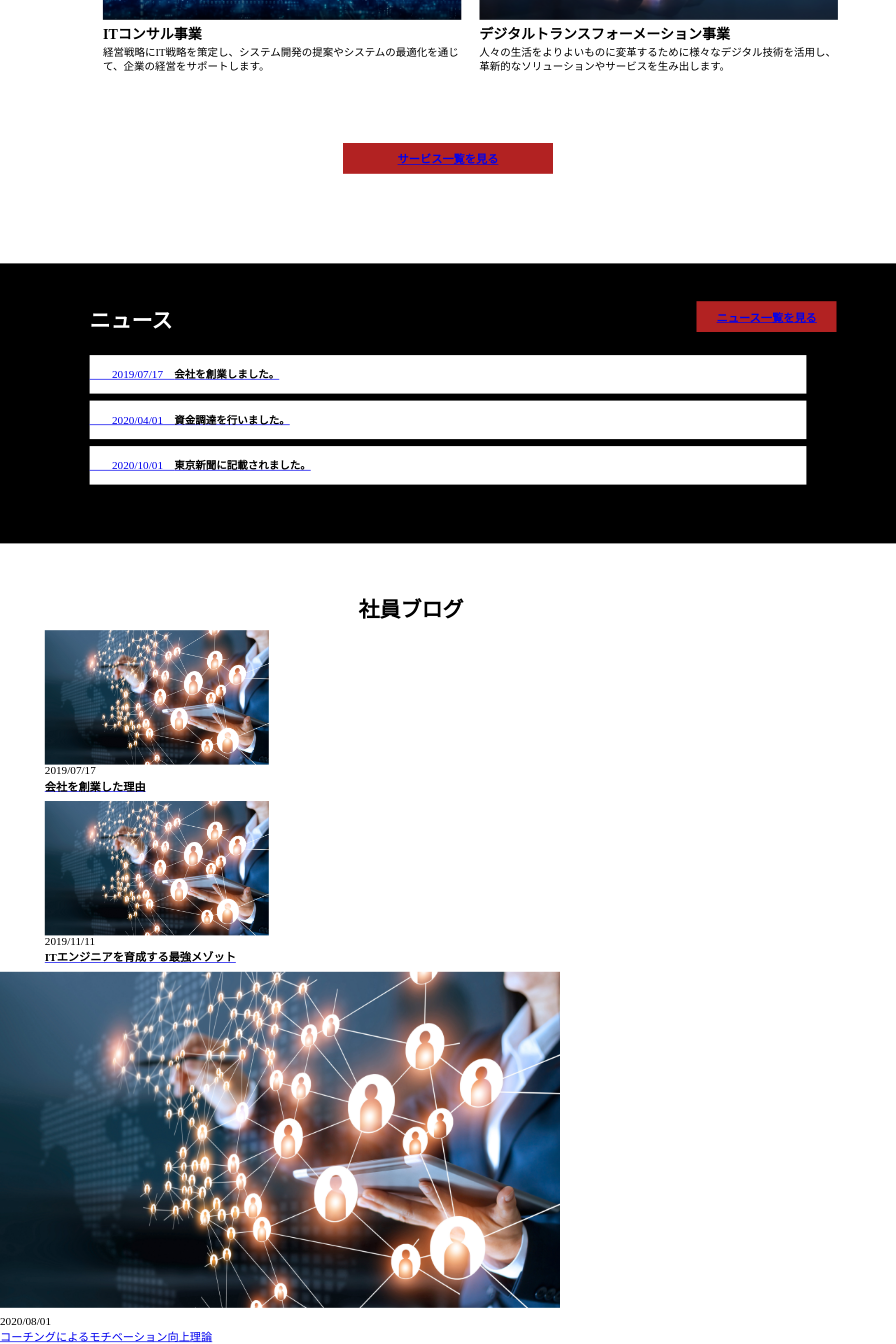
Repository: sigemasaasuka/20211012sigemasa
Page: index.html
The author's editor kept a copy of each file at every save. The page is drawn from the files as they stood at one save, then again after the next save.
The browser window is 1280 px wide. The pictures show the part of the page from y = 1636 to 3556 px (the page is 3556 px tall before and 3268 px after), at 70% of full size.

Above is the page before, as saved 2021-10-19 17:55:02.

### index.html
<!DOCTYPE html>
<html lang="ja">

<head>
  <meta charset="UTF-8">
  <meta name="viewport" content="width=device-width, initial-scale=1.0">
  <title>Document</title>

    <link rel="stylesheet" href="css/reset.css">
    <link rel="stylesheet" href="css/index.css">
</head>
<body>
  <header class="header">
    <div class="header-logo">
      <img class="logo" src="img/logo.png" alt="logo">
    </div>
    <nav class="header-nav">
      <ul class="header-nav-list">
        <li class="header-nav-item"><a href="index.html">ホーム</a></li>
        <li class="header-nav-item"><a href="service.html">事業内容</a></li>
        <li class="header-nav-item"><a href="news.html">ニュース</a></li>
        <li class="header-nav-item"><a href="blog.html">社員ブログ</a></li>
        <li class="header-nav-item"><a href="company.html">会社概要</a></li>
        <li class="header-nav-item"><a href="recruit.html">採用情報</a></li>
        <li class="header-nav-item"><a href="contact.html">お問い合わせ</a></li>
      </ul>
    </nav>
  </header>
  <div class="home">
  <div class="home-photo">
    <div class="home-title">
    <p>最新のテクノロジーで社会課題を解決</p>
      <div class="home-title2">
      <p>Solving　issues　with　the　latest　technology</p>
     </div>
    </div>
    </div>
    </div>
    <div class="home-color">
      <div class="hope">
        <p><br><br>株式会社TECHの想い</p>
        <div class="hope2">
          <p>あらゆる産業において、新たなデジタル技術を使ってこれまでにないビジネスモデルを展開する新規参加者が登場し、ゲームチェンジが起ころうとしています。こうした<br>中で、各企業は、競争力維持・強化のために、DXを迅速に進めていくことが求められています。しかし、DXにおいて投資コストは非常にかかります。株式会社TECHでは<br>独自のオペレーションと人材教育により、他社よりも価格を抑えた開発を行います。</p>
        </div>
      </div>
    </div>
    <div class="service">
      <p>サービス</p>
      </div>
      <div class="png1">
      <div class="service1">
        <img  src="img/service1.png"  alt="service1">
        <div class="it">
        <p>IT人材育成事業</p>
        <div class="it2">
        <p>これまでに培った教育手法を生かして、短期間で即戦力のIT人材を育成します。</p>
        </div>
      </div>
      </div>
      <div class="service2">
      <img  src="img/service2.png" alt="service2">
      <div class="coach">
        <p>コーチング事業</p>
        <div class="coach2">
          <p>目標達成を最短で実現するために、プロのコーチによるマンツーマンのサポートを実施します</p>
        </div>
      </div>
      </div>
      </div>
      <div class="png2">
      <div class="service3">
        <img src="img/service3.png" alt="service3">
        <div class="Consultant">
          <p>ITコンサル事業</p>
          <div class="Consultant2">
            <p>経営戦略にIT戦略を策定し、システム開発の提案やシステムの最適化を通じて、企業の経営をサポートします。</p>
          </div>
        </div>
      </div>
      <div class="service4">
        <img src="img/service4.png" alt="service4">
        <div class="formation">
          <p>デジタルトランスフォーメーション事業</p>
          <div class="formation2">
            <p>人々の生活をよりよいものに変革するために様々なデジタル技術を活用し、革新的なソリューションやサービスを生み出します。</p>
          </div>
        </div>
      </div>
      </div>
      <div class="list">
        <a href="service.html">サービス一覧を見る</a>
      </div>
      <div class="news">
        <div class="nesw-list">
          <div class="news-font">
          <p>ニュース</p></div>
          <div class="news-button">
            <a href="news.html">ニュース一覧を見る</a>
          </div>
        </div>
        <div class="news-info1">
          <a href="index.html">　　2019/07/17　<span class="co">会社を創業しました。</span></a></div>
          <div class="news-info2">
          <a href="index.html">　　2020/04/01　<span class="fund">資金調達を行いました。</span></a></div>
          <div class="news-info3">
          <a href="index.html">　　2020/10/01　<span class="newspaper">東京新聞に記載されました。</span></a></div>
      </div>
      <div class="blog">
        <p>社員ブログ</p>
        </div>
        <div class="reason">
        <div class="reason-png">
          <a href="index.html">
            <img src="img/blog.png" alt="blog">
          </a>
          <p class="reason1">2019/07/17</p>
          <a href="index.html"><p class="reason2">会社を創業した理由</p></a>
        </div>
        </div>
        <div class="nurturing">
        <div class="nurturing-png">
          <a href="index.html">
            <img src="img/blog.png" alt="blog">
          </a>
          <p class="nurturing1">2019/11/11</p>
          <a href="index.html">
            <p class="nurturing2">ITエンジニアを育成する最強メゾット</p>
          </a>
        </div>
      </div>
      <div class="coaching"
        <div class="coaching-png">
        <a href="index.html">
          <img src="img/blog.png" alt="blog">
        </a>
        <p class="coaching">2020/08/01</p>
        <a href="index.html">
          <p class="coaching1">コーチングによるモチベーション向上理論</p>
        </a>
        </div>


<script src="js/main.js"></script>
</body>
</html>

### css/reset.css
@charset "UTF-8";
html, body, div, span, applet, object, iframe,
h1, h2, h3, h4, h5, h6, p, blockquote, pre,
a, abbr, acronym, address, big, cite, code,
del, dfn, em, img, ins, kbd, q, s, samp,
small, strike, strong, sub, sup, tt, var,
b, u, i, center,
dl, dt, dd, ol, ul, li,
fieldset, form, label, legend,
table, caption, tbody, tfoot, thead, tr, th, td,
article, aside, canvas, details, embed,
figure, figcaption, footer, header, hgroup,
menu, nav, output, ruby, section, summary,
time, mark, audio, video {
margin: 0;
padding: 0;
border: none;
font-style: normal;
text-align: left;
zoom: 1;
}
article, aside, details, figcaption, figure,
footer, header, hgroup, menu, nav, section {
display: block;
}
table {
border-collapse: collapse;
font-family: inherit;
}
h1,h2,h3,h4,h5 {
font-size: 100%;
font-weight: normal;
line-height: 1;
}
input,textarea,select {
font-family: inherit;
font-size: 16px;
}
input[type="button"],input[type="text"],input[type="submit"] {
 -webkit-appearance: none;
 border-radius: 0;
}
textarea {
resize: none;
-webkit-appearance: none;
border-radius: 0;
}
th,td {
border-collapse: collapse;
}
table th,table td {
white-space: nowrap;
}
ul,ol {
list-style-type: none;
}
img {
vertical-align: text-bottom;
vertical-align: -webkit-baseline-middle;
max-width: 100%;
height: auto;
width /***/:auto;
}

### css/index.css
.logo {
  text-decoration: none;
  color: inherit;
  width: 50%;
}
.header {
  width: 100%;
  display: flex;
  justify-content: space-between;
  align-items: center;
  height: 70px;
  padding: 0 30px;
  position: fixed;
  box-sizing: border-box;
  background-color: #fff;
  color: #000;
}

.a {
  text-decoration: none;
}

.header-ttl {
  font-size: 24px;
  width: 80px;
}

.header-nav-list {
  display: flex;
  font-weight: bold;
}

.header-nav-item:not(:last-child) {
  margin-right: 30px;
}

.home-photo {
  position: relative;
  padding-top: calc(250 / 683 * 100%); /* calc(画像高さ ÷ 画像横幅 × 100%) */
  background: url(../img/mv.png) center center / cover no-repeat;
}

.home-title {
  display: flex;
  flex-direction: column;
  position: absolute;
  font-size: 50px;
  margin-left: 20%;
  top: 40%;
  font-weight: bolder;
  color: #fff;
}

.home-title2 {
  display: flex;
  position: absolute;
  font-size: 20px;
  margin-top: 45px;
  margin-left: 23%;
  top: 40%;
  font-weight: bold;
  color: #fff;
}

.home-color {
  background-color: #000;
  height: 300px;
}

.hope {
  top: 30%;
  display: flex;
  flex-direction: column;
  font-weight: bolder;
  font-size: 30px;
  margin-left: 10%;
  color: #fff;
}

.hope2 {
  display: flex;
  font-size: 15px;
  margin-top: 20px;
  font-weight: normal;
  color: #fff;
}

.service {
  margin-top: 5%;
  margin-left: 45%;
  font-size: 35px;
  font-weight: bolder;
}

.png1 {
  display: flex;
  justify-content: center;
}

.service1 {
  margin-top: 5%;
  margin-left: 5%;
  width: 40%;
}

.it {
  margin-top: 1%;
  font-size: 20px;
  font-weight: bolder;
}

.it2 {
  font-size: 15px;
  font-weight: normal;
}

.service2 {
  margin-top: 3%;
  margin-left: 2%;
  width: 40%;
}

.coach {
  margin-top: 1%;
  font-size: 20px;
  font-weight: bolder;
}

.coach2 {
  font-size: 15px;
  font-weight: normal;
}

.png2 {
  display: flex;
  justify-content: center;
}

.service3 {
  margin-top: 2%;
  margin-left: 5%;
  width: 40%;
}

.Consultant {
  margin-top: 1%;
  font-size: 20px;
  font-weight: bolder;
}

.Consultant2 {
  font-size: 15px;
  font-weight: normal;
}

.service4 {
  margin-top: 2%;
  margin-left: 2%;
  width: 40%;
}

.formation {
  margin-top: 1%;
  font-size: 20px;
  font-weight: bolder;
}

.formation2 {
  font-size: 15px;
  font-weight: normal;
}

.list {
  width: 300px;
  padding: 10px 0;
  color: #fff;
  font-weight: bold;
  background: #b22222;
  text-align: center;
  margin: 100px auto 0;
  display: block;
}

.news {
  margin-top: 10%;
  background-color: #000;
  height: 400px;
}

.nesw-list {
  margin-left: 10%;
  display: flex;
  justify-content: flex-start;
  align-items: center;
}

.news-font {
  font-weight: bold;
  font-size: 30px;
  color: #fff;
  margin-top: 5%;
}

.news-button {
  color: #fff;
  margin-top: 50px;
  margin-left: 65%;
  width: 200px;
  padding: 10px 0;
  font-weight: bold;
  background: #b22222;
  text-align: center;
  display: block;
}

.news-info1 {
  margin-top: 30px;
  margin-left: 10%;
  width: 80%;
  height: 35px;
  padding: 10px 0;
  background: #fff;
  line-height: 35px;
  display: block;
  color: #000;
}
.co {
  font-size: 15px;
  font-weight: bold;
  color: #000;
}

.news-info2 {
  margin-top: 10px;
  margin-left: 10%;
  width: 80%;
  height: 35px;
  padding: 10px 0;
  background: #fff;
  line-height: 35px;
  display: block;
  color: #000;
}
.fund {
  font-size: 15px;
  font-weight: bold;
  color: #000;
}

.news-info3 {
  margin-top: 10px;
  margin-left: 10%;
  width: 80%;
  height: 35px;
  padding: 10px 0;
  background: #fff;
  line-height: 35px;
  display: block;
  color: #000;
}
.newspaper {
  font-size: 15px;
  font-weight: bold;
  color: #000;
}

.blog {
  margin-top: 70px;
  margin-left: 40%;
  font-size: 30px;
  font-weight: bolder;
}

.reason-png {
  width: 25%;
  margin-left: 5%;
}

.reason {
  margin-top: 10px;
  color: #000;
}

.reason2 {
  font-weight: bolder;
  color: #000;
}

.nurturing-png {
  width: 25%;
  margin-left: 5%;
}

.nurturing {
  margin-top: 10px;
  color: #000;
}

.nurturing2 {
  font-weight: bolder;
  color: #000;
}

.coaching-png {
  width: 25%;
  margin-left: 5%;
}

.coaching {
  margin-top: 10px;
  color: #000;
}

.coaching2 {
  font-weight: bolder;
  color: #000;
}

Loaded but not shown: js/main.js (no stored copy; drawn as an empty file)

After the next save:
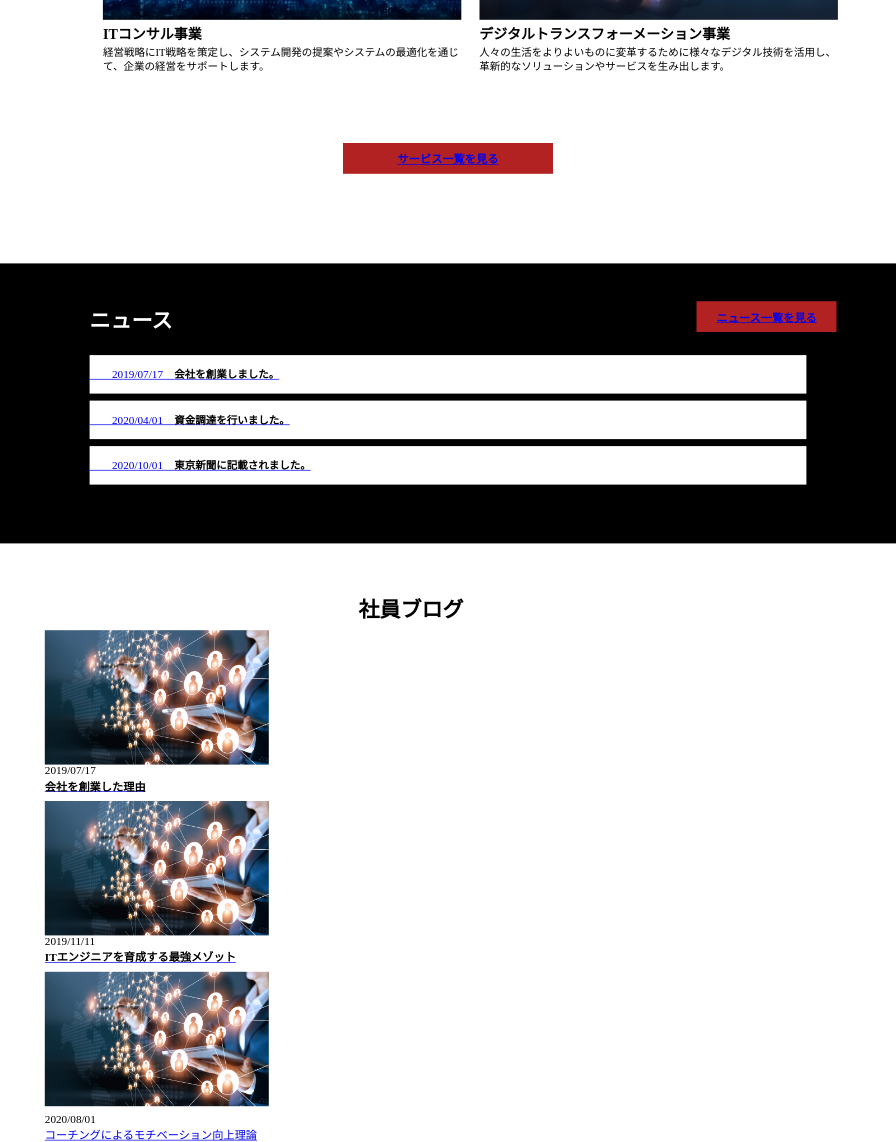
Saved 5 s later.
--- a/index.html
+++ b/index.html
@@ -128,7 +128,7 @@
           </a>
         </div>
       </div>
-      <div class="coaching"
+      <div class="coaching"></div>
         <div class="coaching-png">
         <a href="index.html">
           <img src="img/blog.png" alt="blog">
